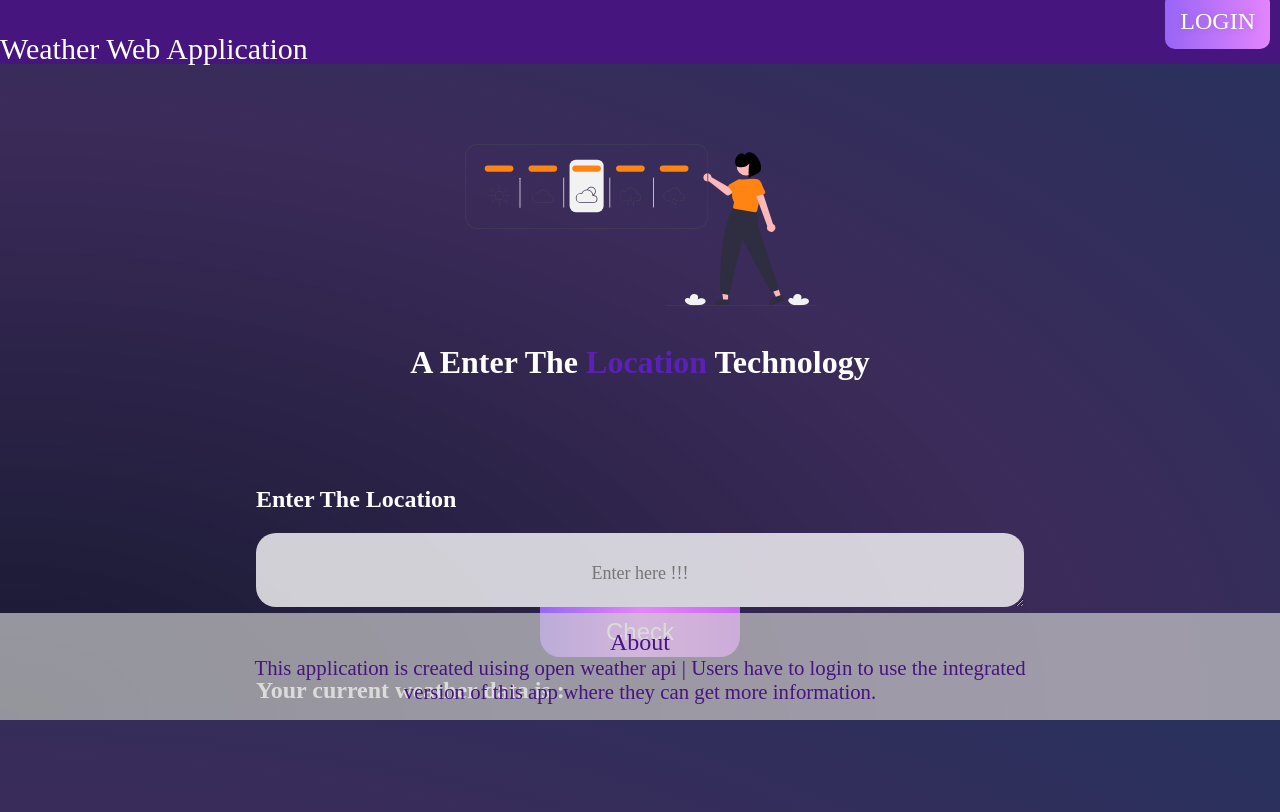
Repository: Irfan-vit/openapi
Page: index.html
The author's editor kept a copy of each file at every save. The page is drawn from the files as they stood at one save, then again after a run of saves.
The browser window is 1280 px wide. The pictures show the whole page.
Backgrounds fixed to the window are drawn as part of the page.

Above is the page before, as saved 2021-05-29 02:59:22.

### index.html
<!DOCTYPE html>
<html lang="en">

<head>
    <meta charset="UTF-8">
    <meta http-equiv="X-UA-Compatible" content="IE=edge">
    <meta name="viewport" content="width=device-width, initial-scale=1.0">
    <title>Api</title>
    <link rel="stylesheet" href="style.css">
</head>

<body>


    <div class="nav">
        <input type="checkbox" id="nav-check" />
        <div class="nav-header">
            <div class="nav-title">
                Weather Web Application
            </div>
        </div>
        <div class="nav-btn">
            <label for="nav-check">
                <span></span>
                <span></span>
                <span></span>
            </label>
        </div>

        <div class="nav-links">
            <div class="container">
                <a href="https://weather-projection.netlify.app/" class="btn btn-1"
                    style="text-decoration:none">Login</a>
            </div>
        </div>
    </div>


    <header class="hero">
        <img class="hero-img" src="we.svg" alt="">
        <h1 class="hero-heading">A <span class="heading-inverted"></span> Enter The <span
                class="heading-inverted">Location</span> Technology</h1>
    </header>

    <main>

        <h2>Enter The Location</h2>

        <textarea name="" id="txt-input" class="t-area" placeholder="Enter here !!!"></textarea>

        <button id="btn-translate">
            Check
        </button>

        <div>
            <h2>Your current weather data is :</h2>
        </div>

        <div id="output" class="t-area">

        </div>

    </main>

    <footer>
        <div style="font-size: x-large;">About</div>
        <p>This application is created uising open weather api | Users have to login to use the integrated version of
            this app where they can get more information.</p>
    </footer>



    <script src="app.js" type="text/javascript"></script>
</body>

</html>

### style.css
/* @import url('https://fonts.googleapis.com/css2?family=Kalam&display=swap'); */

* {
    box-sizing: border-box;
}

:root {
    --primary: #46157E;
    --black: #333333;
    --width-break:800px
}

body {
    margin: 0;
    /* font-family: 'Kalam', cursive; */
    color: #333333;
      background: radial-gradient(
    ellipse at left bottom,
    rgba(22, 24, 47, 1) 0%,
    rgba(38, 20, 72, 0.9) 59%,
    rgba(17, 27, 75, 0.9) 100%
  );
    height: 100%;
    margin: 0;
    background-repeat: no-repeat;
    background-attachment: fixed;
    color: white;

}

nav {
    background-color: var(--primary);
    text-align: center;
}

main {
    margin: auto;
    padding: 1rem;
    max-width: var(--width-break);
}

textarea {
    display: block;
    width: 100%;
    min-height: 5vh;
    font-size: large;
    font-family: inherit;
    background-color: #ffffffc9;
    border:none;
    border-radius:20px;
    text-align: center;
    padding-top: 30px;;
}

textarea:hover {
    display: block;
    width: 100%;
    min-height: 5vh;
    font-size: large;
    font-family: inherit;
    background-color: #ffffff;
    border-radius:20px;
    border: none;
    text-align: center;
}

button {
    /* background-color: var(--primary); */
    background-image: linear-gradient(to right, #9865f6 0%, #e585fd 51%, #cd65f6 100%);
    border: none;
    margin: 8rem 0rem;
    color:white;
    font-size: large;
    cursor: pointer;
    height: 50px;
    width: 200px;
    border-bottom-left-radius:20px;
    border-bottom-right-radius:20px;
    margin:auto;
    display:block;
    font-size:1.5rem;

}


#output {
    box-sizing: border-box;
    width: 100%;
    min-height: 10vh;
    max-height: 20vh;
    /* border: 1px solid var(--black); */
}

footer {
    position: fixed;
    bottom: 0;
    width: 100%;
    padding: 1rem;
    background-color: #ccccccb2;
    text-align: center;
    color: #46157E;
    font-size:1.3rem;
}

footer p {
    max-width: var(--width-break);
    margin: auto;
}

.nav {
  height: 50px;
  width: 100%;
  background-color: #46157E;
  position: relative;
  padding:2rem 0rem;
}

.nav > .nav-header {
  display: inline;
}

.nav > .nav-header > .nav-title {
  display: inline-block;
  font-size: 30px;
  color: #fff;
}

.nav > .nav-btn {
  display: inline-block;
}

.nav > .nav-links {
  display: inline;
  float: right;
  font-size: 18px;
  margin:-1.5rem 0rem ;
}

.nav > .nav-links > a {
  display: inline-block;
  padding: 13px 10px 13px 10px;
  text-decoration: none;
  color: #efefef;
}

.nav > .nav-links > a:hover {
  background-color: rgba(0, 0, 0, 0.3);
}

.nav > #nav-check {
  display: none;
}

@media (max-width:600px) {
  .nav > .nav-btn {
    display: inline-block;
    position: absolute;
    right: 0px;
    top: 0px;
  }
  .nav > .nav-btn > label {
    display: inline-block;
    width: 50px;
    height: 50px;
    padding: 13px;
  }
  .nav > .nav-btn > label:hover,.nav  #nav-check:checked ~ .nav-btn > label {
    background-color: rgba(0, 0, 0, 0.3);
  }
  .nav > .nav-btn > label > span {
    display: block;
    width: 25px;
    height: 10px;
    border-top: 2px solid #eee;

  }
  .nav > .nav-links {
    position: absolute;
    display: block;
    width: 100%;
    background-color: #333;
    height: 0px;
    transition: all 0.3s ease-in;
    overflow-y: hidden;
    top: 50px;
    left: 0px;
    margin-top:0.4rem;
  }
  .nav > .nav-links > a {
    display: block;
    width: 100%;
  }
  .nav > #nav-check:not(:checked) ~ .nav-links {
    height: 0px;
  }
  .nav > #nav-check:checked ~ .nav-links {
    height: calc(100vh - 50px);
    overflow-y: auto;
  }
}

.btn {
  flex: 1 1 auto;
  margin: 10px;
  padding: 15px;
  text-align: center;
  text-transform: uppercase;
  transition: 0.5s;
  background-size: 200% auto;
  color: white;
 text-shadow: 0px 0px 10px rgba(0,0,0,0.2);
  /* box-shadow: 0 0 20px #eee; */
  border-radius: 10px;
  cursor: pointer;
  font-size: 1.5rem;
 }



.btn:hover {
  background-position: right center; /* change the direction of the change here */
}

.btn-1 {
  background-image: linear-gradient(to right, #9865f6 0%, #e585fd 51%, #cd65f6 100%);
}


/* header */

.hero {
    padding: 2rem;
    padding-top: 5rem;

}

.hero-less-padding {
    padding: 2rem;
    padding-top: 2rem;
    background-color: var(--primary-color);
    text-align: center;
}

.hero-less-paddings {
    padding: 2rem;
    padding-top: 2rem;
    text-align: center;
}




.hero .hero-img {
    max-width: 80%;
    width: 350px;
    display: block;
    margin: auto;
}

.hero-less-padding .hero-big-img {
    max-width: 80%;
    width: 750px;
    display: block;
    margin: auto;


}

.hero-less-paddings .hero-big-imgs {
    max-width: 80%;
    width: 60%;
    height: 300px;
    display: inline;
    margin: 1% 1%;

}


.hero .hero-heading {
    text-align: center;
    padding: 1rem;
    color: var(--dark-gray);
}

.hero .hero-heading .heading-inverted {
    color: #5B21B6;
}

### app.js
var btnTranslate = document.querySelector("#btn-translate");
var txtInput = document.querySelector("#txt-input");
var outputDiv = document.querySelector('#output')
var serverURL = "https://api.openweathermap.org/data/2.5/weather?q="
var key = "&appid=49257f6591cfc3ed8daf0b5970d519cb"

function getTranslationURL(text) {
    return serverURL + text + key
}

function errorHandler(error) {
    console.log("error occured", error)
    alert("something went wrong  :  " + error)
}

function clickHandler() {
    // outputDiv.innerText = "translated  " + txtInput.value + "  To : bababbababababababa ";

    var inputText = txtInput.value;

    fetch(getTranslationURL(inputText))
        .then(response => response.json())
        .then(json => {
            var translatedText = "Country : " + json['sys']['country'] + " | tempreature : " + json['main']['temp'] + " | weather : " +  json['weather'][0]['description'] + " | longitude : " + json['coord']['lon'] + " | latitude : " + json['coord']['lat'] + " | wind speed : " + json['wind']['speed'] + " | Wind direction, degrees : " + json['wind']['deg'];
            outputDiv.innerText = translatedText;
            })
    };


btnTranslate.addEventListener("click", clickHandler)

After the next 3 saves:
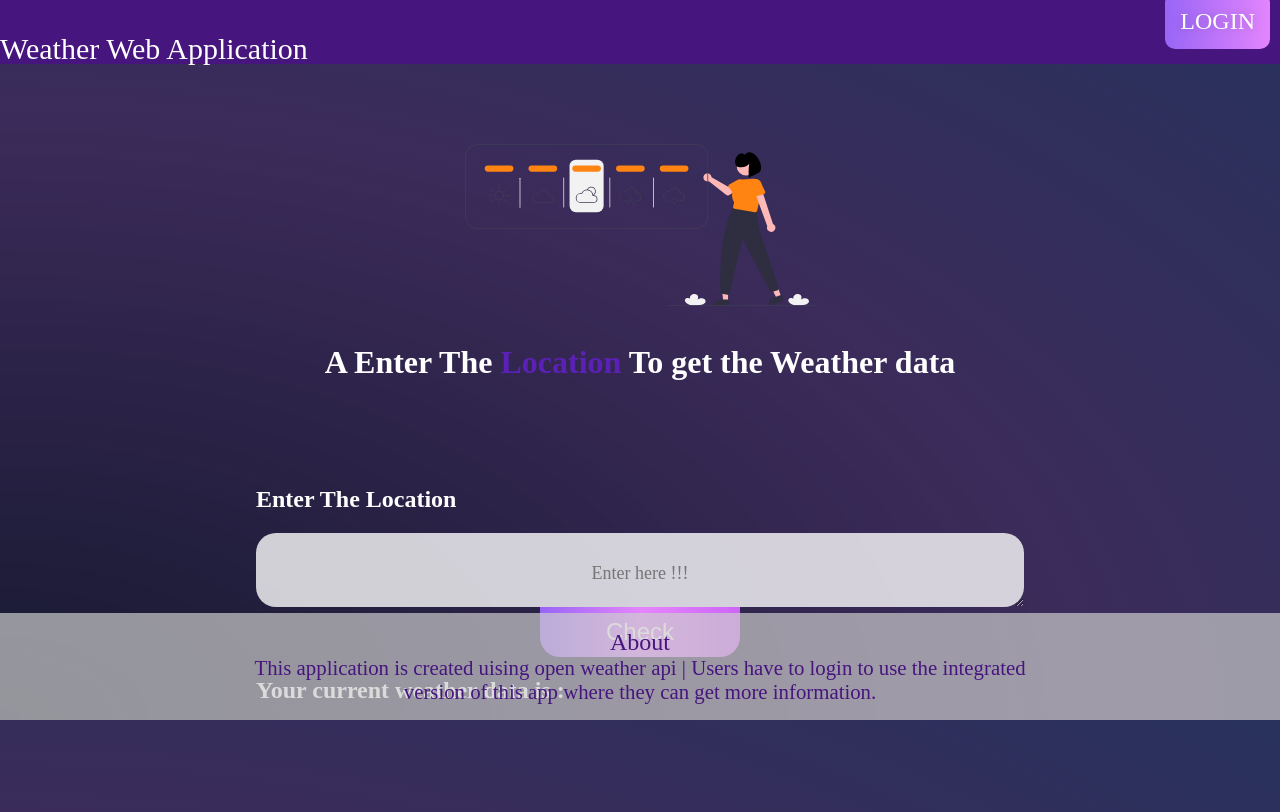
The 3 saves are shown as one change because they came seconds apart.
The last was saved 11 s later.
--- a/index.html
+++ b/index.html
@@ -39,7 +39,7 @@
     <header class="hero">
         <img class="hero-img" src="we.svg" alt="">
         <h1 class="hero-heading">A <span class="heading-inverted"></span> Enter The <span
-                class="heading-inverted">Location</span> Technology</h1>
+                class="heading-inverted">Location</span> To get the Weather data</h1>
     </header>
 
     <main>
